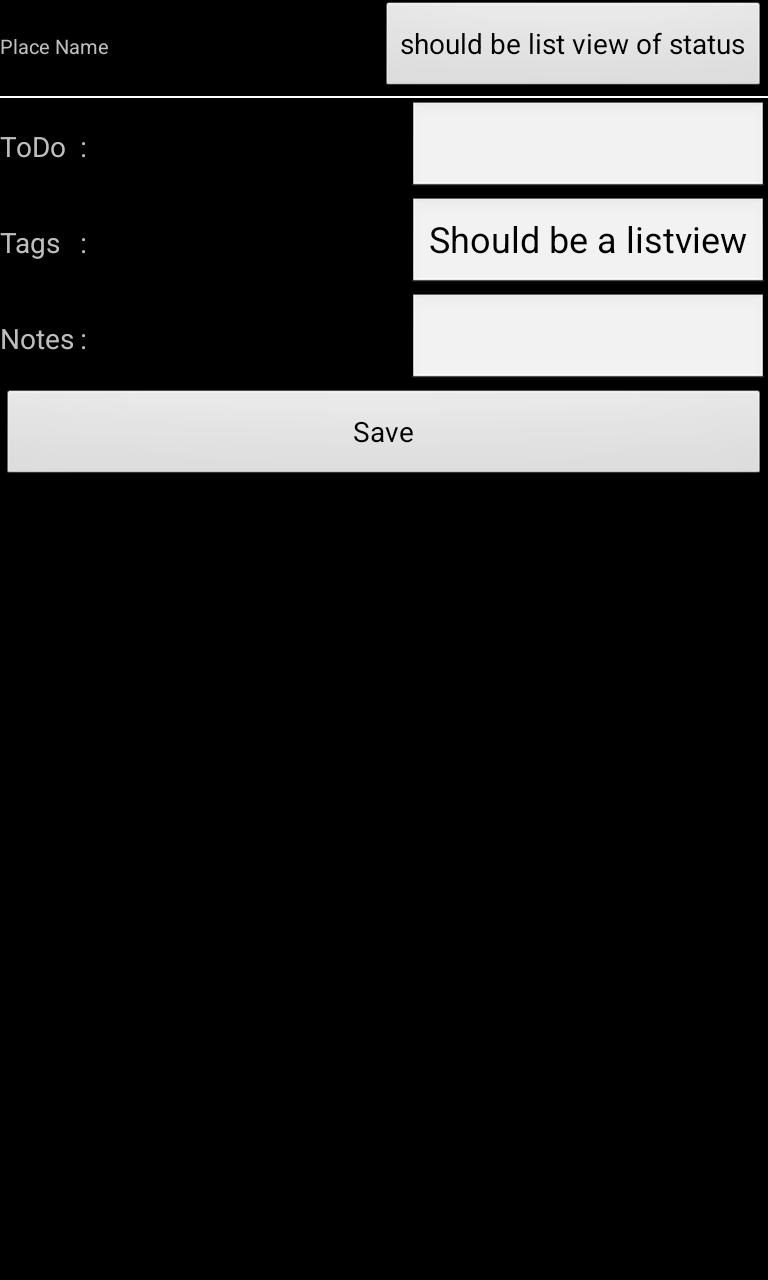
Repository: hilfialkaff/todo
Layout: ToDo/res/layout/todo_edit.xml
The author's editor kept a copy of each file at every save. The layout is drawn from the files as they stood at one save, then again after the next save.
It is drawn on a 768 x 1280 px phone screen (xhdpi) without system bars, with theme android:Theme; the app's code is not run.

Above is the layout before, as saved 2011-03-12 00:56:23.

After the next save:
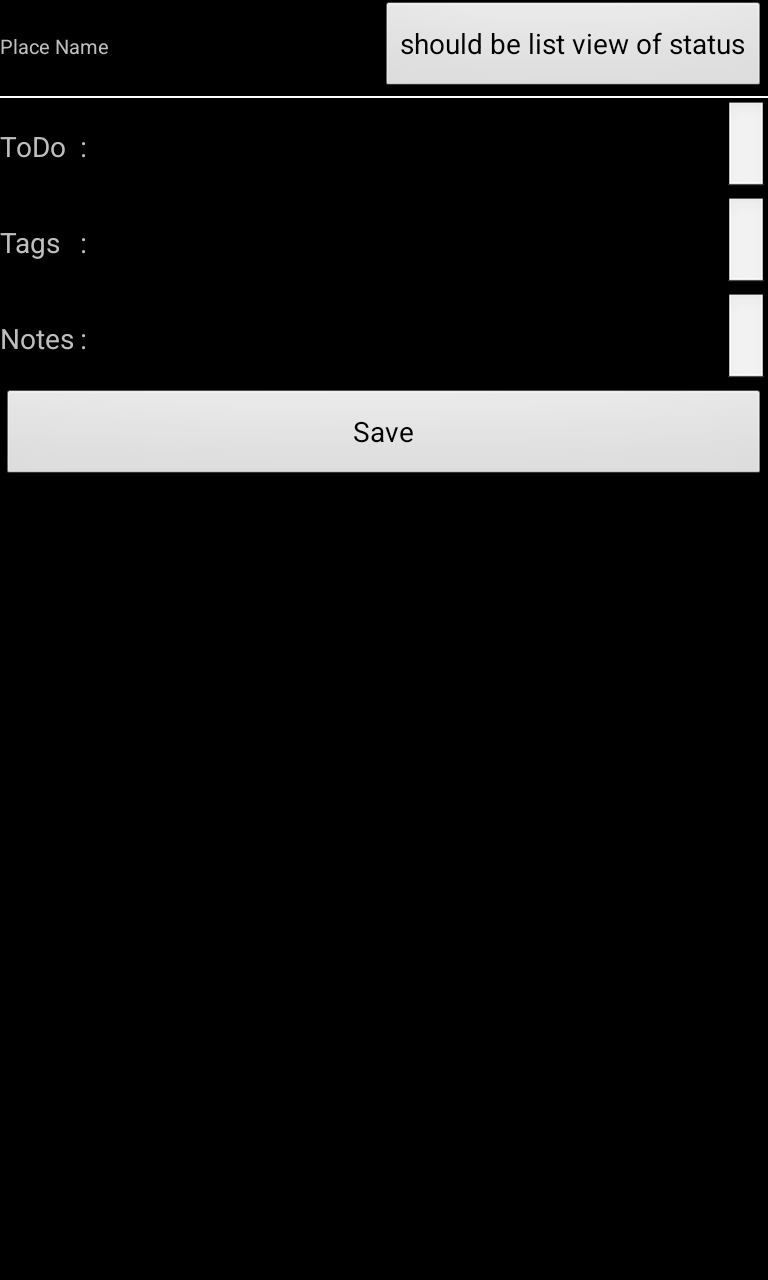
Saved 4 min 15 s later.
--- a/ToDo/res/layout/todo_edit.xml
+++ b/ToDo/res/layout/todo_edit.xml
@@ -80,7 +80,7 @@
 	<EditText
 		android:layout_width="wrap_content"
 		android:layout_height="wrap_content"
-		android:text="Should be a listview">
+		android:text="">
 	</EditText>
 </TableRow>
 
